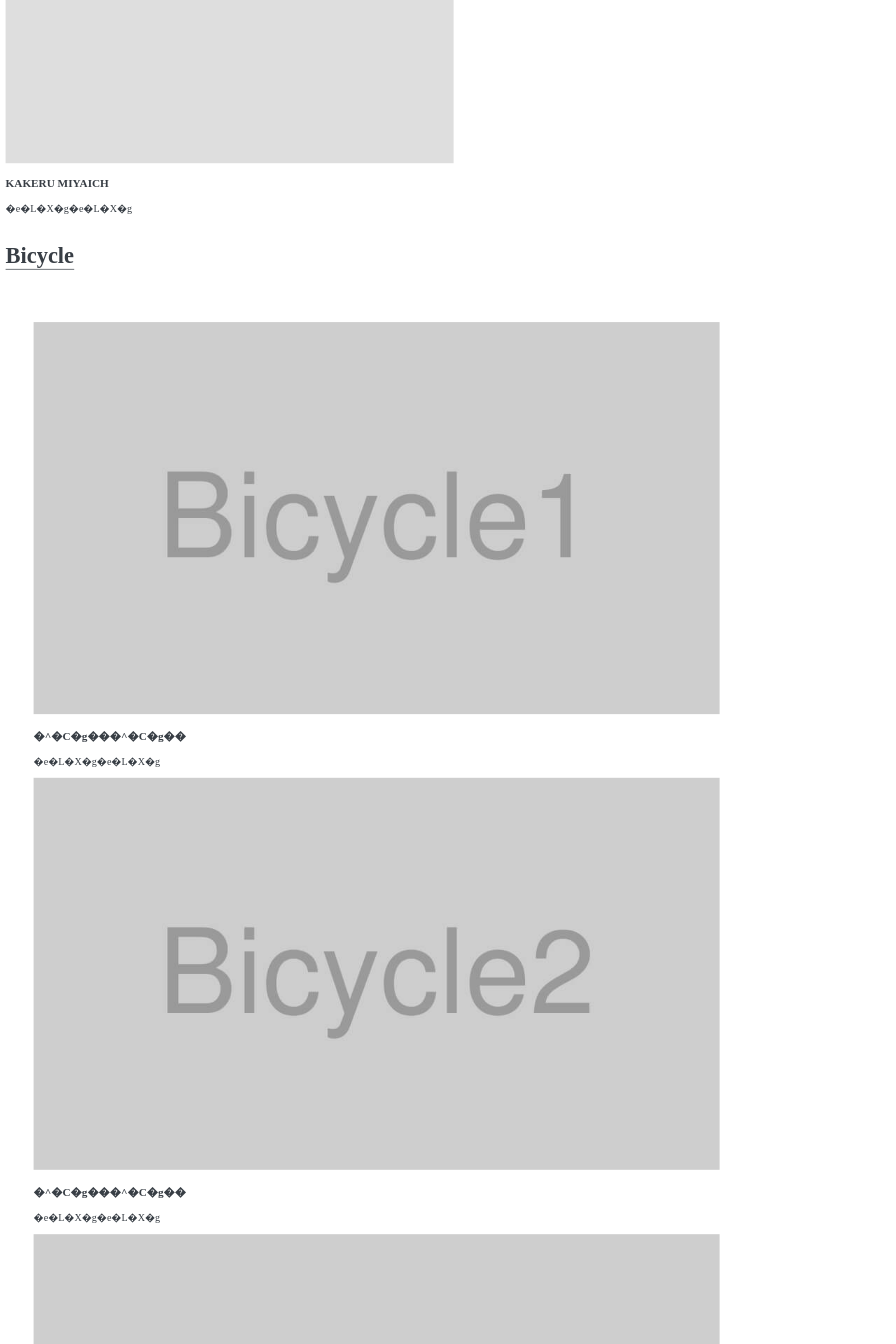
Repository: Fuki-san/bicycle
Page: http://localhost/profile
An editor plug-in stored every save of this project. The page is shown before and after the next save, followed by the edit.
The browser window is 1280 px wide. The pictures show the part of the page from y = 1893 to 3813 px (the page is 4338 px tall before and 4308 px after), at 70% of full size.
The page is served by the project's Laravel application, run on PHP 8.4 with Laravel 10. Other server files are loaded and not shown.

Above is the page before, as saved 2023-11-18 11:33:31.

### routes/web.php
<?php

use Illuminate\Support\Facades\Route;

/*
|--------------------------------------------------------------------------
| Web Routes
|--------------------------------------------------------------------------
|
| Here is where you can register web routes for your application. These
| routes are loaded by the RouteServiceProvider and all of them will
| be assigned to the "web" middleware group. Make something great!
|
*/

Route::get('profile', function() {
    return view('bicycle');
})->name('profile');

### resources/views/bicycle.blade.php
@extends('layouts.main')

@section('title', 'Bicycle')

### resources/views/layouts/main.blade.php
<!DOCTYPE html>
<html lang="ja">

<head>
    <meta charset="UTF-8">
    <meta name="viewport" content="width=device-width, initial-scale=1.0">
    <meta http-equiv="X-UA-Compatible" content="ie=edge">
    <link rel="stylesheet" href="{{ asset('css/reset.css') }}">
    <link rel="stylesheet" href="{{ asset('css/style.css') }}">
    <link rel="icon" href="images/img/favicon.ico">
    <title>@yield('title')</title>
</head>

<body>
    <header class="wrapper" id="header">
        <h1 class="site-title"><a href="{{ route('profile') }}"><img src="images/img/logo.svg"></a></h1>
        <nav>
            <ul>
                <li><a href="#about">About</a></li>
                <li><a href="#bicycle">Bicycle</a></li>
            </ul>
        </nav>
    </header>

    <main>
        <div id="mainvisual"><img src="images/img/mainvisual.jpg"></div>

        <section id="about" class="wrapper">
            <h2 class="section-title">About</h2>
            <div class="content">
                <img src="images/img/about.jpg">
                <div class="text">
                    <h3 class="content-title">KAKERU MIYAICH</h3>
                    <p>ƒeƒLƒXƒgƒeƒLƒXƒg</p>
                </div>
            </div>
        </section>

        <section id="bicycle" class="wrapper">
            <h2 class="section-title">Bicycle</h2>
                <ul>
                    <li><img src="images/img/bicycle1.jpg">
                        <h3 class="content-title">ƒ^ƒCƒgƒ‹ƒ^ƒCƒgƒ‹</h3>
                        <p>ƒeƒLƒXƒgƒeƒLƒXƒg</p>
                    </li>
                    <li><img src="images/img/bicycle2.jpg">
                        <h3 class="content-title">ƒ^ƒCƒgƒ‹ƒ^ƒCƒgƒ‹</h3>
                        <p>ƒeƒLƒXƒgƒeƒLƒXƒg</p>
                    </li>
                    <li><img src="images/img/bicycle3.jpg">
                        <h3 class="content-title">ƒ^ƒCƒgƒ‹ƒ^ƒCƒgƒ‹</h3>
                        <p>ƒeƒLƒXƒgƒeƒLƒXƒg</p>
                    </li>
                </ul>
        </section>
    </main>

    <footer id="footer">
        <p>&copy; 2023 Profile</p>
    </footer>
</body>

</html>

### public/css/style.css
@charset "UTF-8";

html{
    font-size: 100%;
}

body{
    font-size: 0.9rem;
    color: #383e45;
}

img{
    max-width: 100%;
}

li{
    list-style: none;
}

a{
    text-decoration: none;
}

.site-title a{
    display: block;
}

.section-title{
    display: inline-block;
    font-size: 2rem;
    border-bottom: solid 1px #383e45;
    margin-bottom: 60px;
    text-align: center;
}

.content-title{
    font-size: 1rem;
    margin: ;
}

### public/img/logo.svg
<?xml version="1.0" encoding="utf-8"?>
<!-- Generator: Adobe Illustrator 15.1.0, SVG Export Plug-In . SVG Version: 6.00 Build 0)  -->
<!DOCTYPE svg PUBLIC "-//W3C//DTD SVG 1.1//EN" "http://www.w3.org/Graphics/SVG/1.1/DTD/svg11.dtd">
<svg version="1.1" id="レイヤー_1" xmlns="http://www.w3.org/2000/svg" xmlns:xlink="http://www.w3.org/1999/xlink" x="0px"
	 y="0px" width="1500px" height="500px" viewBox="0 0 1500 500" enable-background="new 0 0 1500 500" xml:space="preserve">
<g>
	<rect x="0" fill="#393E46" width="1500" height="500"/>
</g>
<g>
	<path fill="#FFFFFF" d="M314.698,365.466h-48.583v-232.55h106.235c45.02,0,72.227,28.825,72.227,74.493
		c0,21.052-11.66,74.169-74.171,74.169h-55.708V365.466z M359.719,241.417c36.275,0,36.275-25.911,36.275-36.275
		c0-22.672-12.632-32.064-42.754-32.064h-38.542v68.34H359.719z"/>
	<path fill="#FFFFFF" d="M478.26,193.158h43.4v29.799h0.646c9.395-17.49,19.758-34.333,47.288-34.333
		c2.915,0,5.83,0.323,8.745,0.647v45.992c-3.887-0.648-8.745-0.648-12.956-0.648c-35.303,0-41.78,22.024-41.78,41.133v89.718H478.26
		V193.158z"/>
	<path fill="#FFFFFF" d="M676.155,370c-46.315,0-88.097-28.501-88.097-90.688c0-62.186,41.781-90.688,88.097-90.688
		c46.316,0,88.097,28.503,88.097,90.688C764.252,341.499,722.472,370,676.155,370z M676.155,226.843
		c-34.979,0-41.457,30.445-41.457,52.47c0,22.023,6.478,52.469,41.457,52.469s41.458-30.445,41.458-52.469
		C717.613,257.288,711.135,226.843,676.155,226.843z"/>
	<path fill="#FFFFFF" d="M848.461,365.466h-45.344V225.547h-24.939v-32.389h24.939v-13.927c0-35.628,19.434-49.231,50.527-49.231
		c13.278,0,19.432,0.323,23.318,0.648v36.599h-12.631c-15.547,0-15.871,4.858-15.871,19.109v6.802h29.474v32.389h-29.474V365.466z"
		/>
	<path fill="#FFFFFF" d="M950.484,172.754H905.14v-42.105h45.345V172.754z M950.484,193.158v172.308H905.14V193.158H950.484z"/>
	<path fill="#FFFFFF" d="M1040.524,365.466h-45.344v-232.55h45.344V365.466z"/>
	<path fill="#FFFFFF" d="M1231.94,314.939c-11.982,41.457-46.314,55.061-75.788,55.061c-48.584,0-85.83-23.319-85.83-94.252
		c0-20.728,7.125-87.124,82.592-87.124c34.008,0,80.971,16.194,80.971,94.898v8.097h-118.219
		c1.296,12.956,3.887,42.105,40.486,42.105c12.631,0,25.586-6.479,29.148-18.785H1231.94z M1187.245,262.146
		c-2.591-27.855-20.404-36.275-34.979-36.275c-21.377,0-32.713,13.604-35.304,36.275H1187.245z"/>
</g>
</svg>

After the next save:
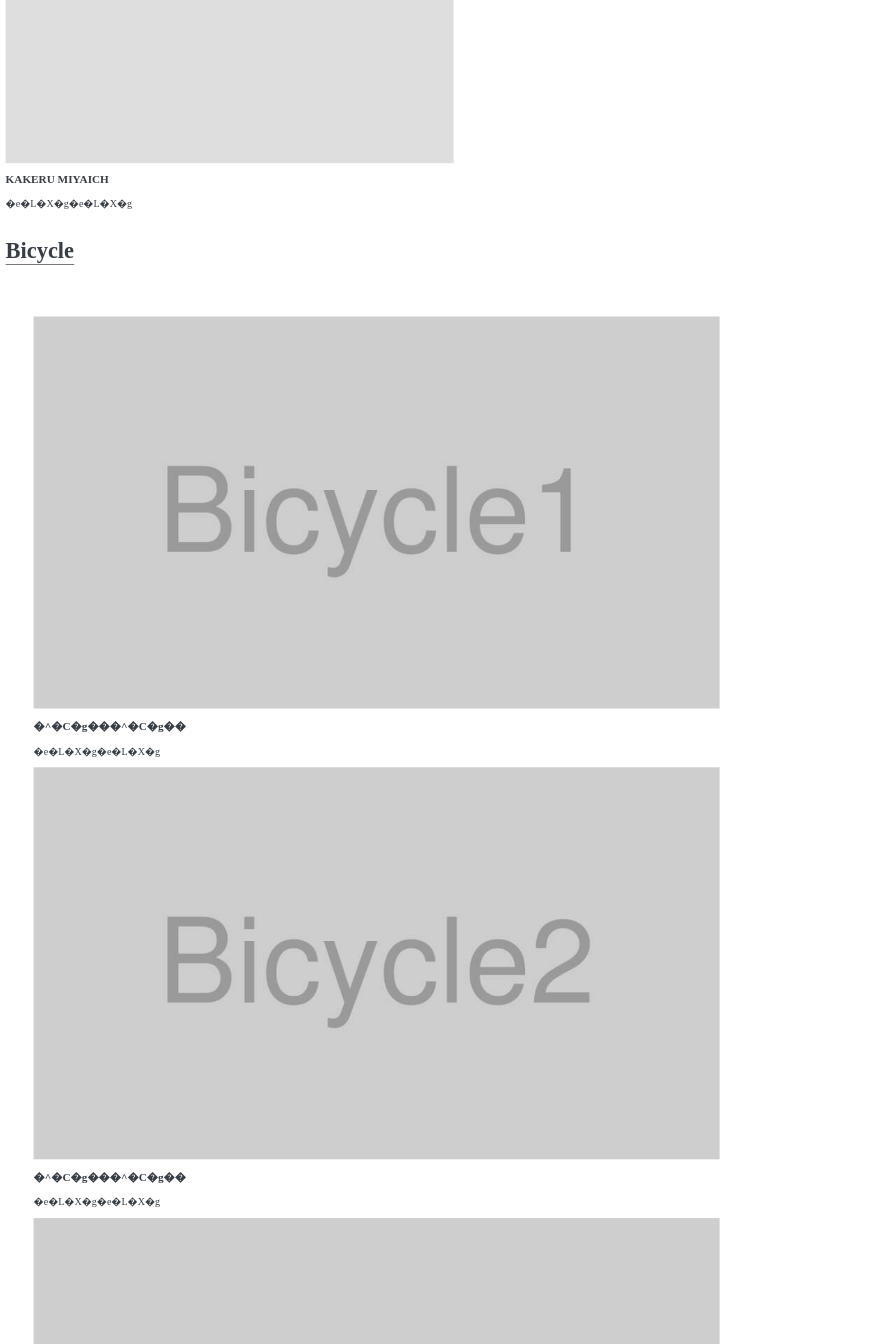
Saved 4 s later.
--- a/public/css/style.css
+++ b/public/css/style.css
@@ -35,5 +35,5 @@ a{
 
 .content-title{
     font-size: 1rem;
-    margin: ;
+    margin: 10px 0;
 }
